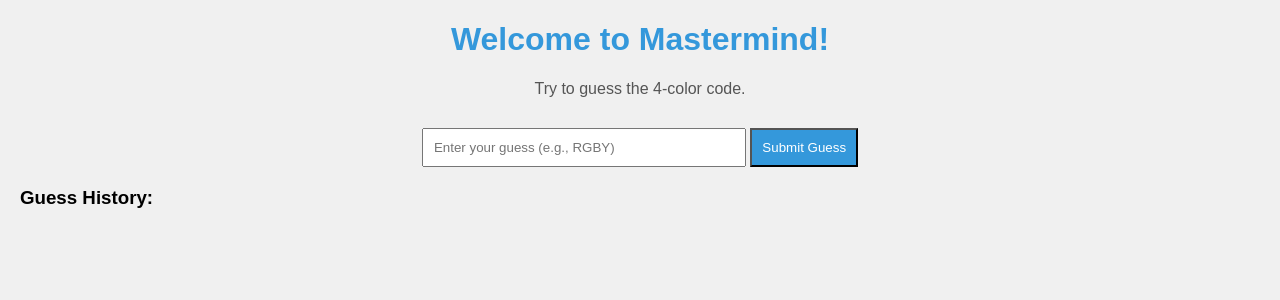
Repository: cheasopheaknita/Mastermind_Game
Page: http://localhost/
The author's editor kept a copy of each file at every save. The page is drawn from the files as they stood at one save, then again after a run of saves.
The browser window is 1280 px wide. The pictures show the whole page.
The page is served by the project's application, run on Flask 3 (mastermind_project/app.py).

Above is the page before, as saved 2024-02-06 01:39:19.

### mastermind_project/templates/mastermind_game.html
<!-- mastermind_game.html -->
<!DOCTYPE html>
<html lang="en">
<head>
    <meta charset="UTF-8">
    <meta name="viewport" content="width=device-width, initial-scale=1.0">
    <title>Mastermind Game</title>
    <style>
        body {
            font-family: 'Arial', sans-serif;
            background-color: #f0f0f0;
            text-align: center;
            margin: 20px;
        }

        h1 {
            color: #3498db;
        }

        p {
            color: #555;
        }

        #result {
            margin-top: 20px;
            font-weight: bold;
            color: #27ae60;
        }

        #userGuess {
            padding: 10px;
            margin-top: 10px;
            width: 300px; /* Adjust the width as needed */
        }

        button {
            padding: 10px;
            background-color: #3498db;
            color: #fff;
            cursor: pointer;
        }

        #history {
            margin-top: 20px;
            text-align: left;
        }
    </style>
</head>
<body>
    <h1>Welcome to Mastermind!</h1>
    <p>Try to guess the 4-color code.</p>

    <div id="result"></div>

    <input type="text" id="userGuess" placeholder="Enter your guess (e.g., RGBY)" size="30">
    <button onclick="submitGuess()">Submit Guess</button>

    <div id="history">
        <h3>Guess History:</h3>
        <ul id="guessHistory"></ul>
    </div>

    <script>
        function submitGuess() {
            var userGuess = document.getElementById("userGuess").value;

            fetch('/submit_guess', {
                method: 'POST',
                headers: {
                    'Content-Type': 'application/json',
                },
                body: JSON.stringify({ guess: userGuess }),
            })
            .then(response => response.json())
            .then(data => {
                // Handle the response from Flask
                document.getElementById("result").innerText = data.result || data.error;
                updateGuessHistory(userGuess, data.result || data.error);
            })
            .catch(error => {
                console.error('Error:', error);
            });
        }

        function updateGuessHistory(guess, result) {
            var historyList = document.getElementById("guessHistory");
            var listItem = document.createElement("li");
            listItem.appendChild(document.createTextNode(`Guess: ${guess} - Result: ${result}`));
            historyList.appendChild(listItem);
        }
    </script>
</body>
</html>

### mastermind_project/app.py
# app.py
from flask import Flask, render_template, request, jsonify
import random

app = Flask(__name__)

def generate_secret_code():
    colors = ['R', 'G', 'B', 'Y', 'O', 'P']
    return [random.choice(colors) for _ in range(4)]

def evaluate_guess(secret_code, guess):
    correct_color_and_position = sum(s == g for s, g in zip(secret_code, guess))
    correct_color_only = sum(min(secret_code.count(c), guess.count(c)) for c in set(secret_code)) - correct_color_and_position
    return correct_color_and_position, correct_color_only

secret_code = generate_secret_code()

@app.route('/')
def index():
    return render_template('mastermind_game.html', secret_code=secret_code)

@app.route('/submit_guess', methods=['POST'])
def submit_guess():
    user_guess = request.json.get('guess')

    # Validate the guess here if needed
    if len(user_guess) != 4 or not all(color in 'RGBYOP' for color in user_guess):
        return jsonify({'error': 'Invalid input. Please enter a 4-color code using the letters R, G, B, Y, O, P.'})

    correct_color_and_position, correct_color_only = evaluate_guess(secret_code, user_guess)

    if correct_color_and_position == 4:
        result_message = f"Congratulations! You've guessed the code {secret_code}."
    else:
        result_message = f"Correct color and position: {correct_color_and_position}, Correct color only: {correct_color_only}."

    return jsonify({'result': result_message})

if __name__ == '__main__':
    app.run(debug=True)

After the next 3 saves:
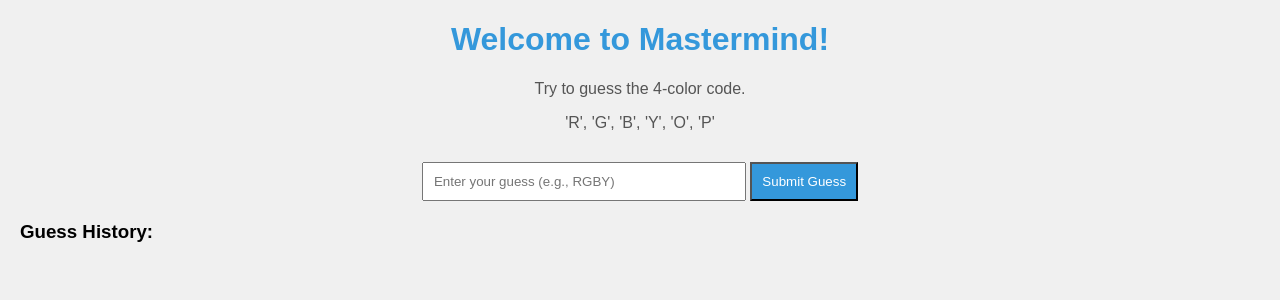
The 3 saves are shown as one change because they came seconds apart.
The last was saved 10 s later.
--- a/mastermind_project/templates/mastermind_game.html
+++ b/mastermind_project/templates/mastermind_game.html
@@ -49,7 +49,7 @@
 <body>
     <h1>Welcome to Mastermind!</h1>
     <p>Try to guess the 4-color code.</p>
-
+    <p>'R', 'G', 'B', 'Y', 'O', 'P'</p>
     <div id="result"></div>
 
     <input type="text" id="userGuess" placeholder="Enter your guess (e.g., RGBY)" size="30">

After the save that followed:
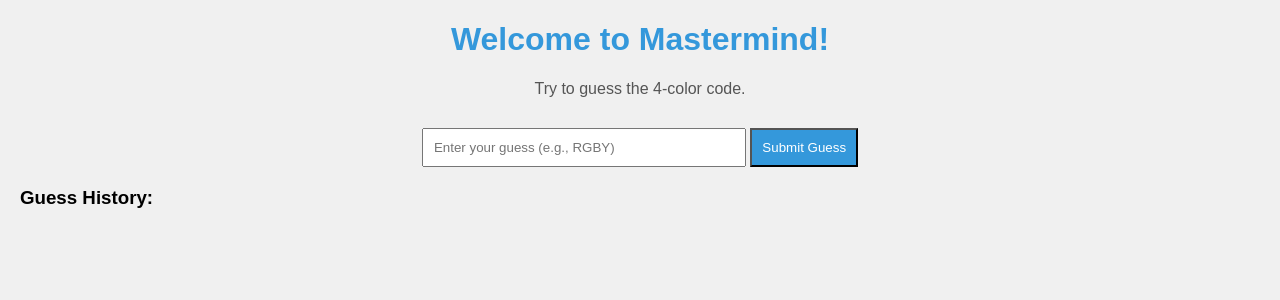
Saved 8 s later.
--- a/mastermind_project/templates/mastermind_game.html
+++ b/mastermind_project/templates/mastermind_game.html
@@ -49,7 +49,7 @@
 <body>
     <h1>Welcome to Mastermind!</h1>
     <p>Try to guess the 4-color code.</p>
-    <p>'R', 'G', 'B', 'Y', 'O', 'P'</p>
+
     <div id="result"></div>
 
     <input type="text" id="userGuess" placeholder="Enter your guess (e.g., RGBY)" size="30">
